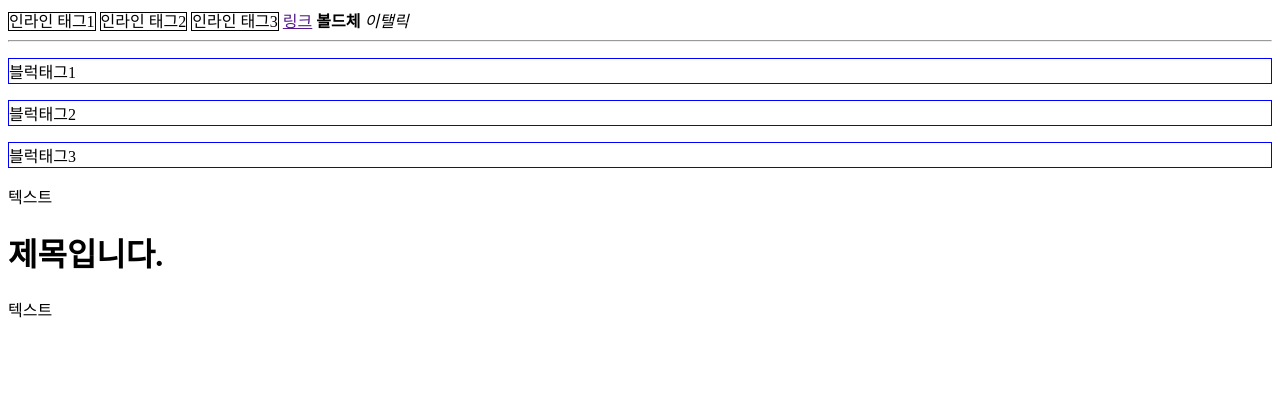
Repository: dnjs0/HCJ
Page: ClientTest/src/main/webapp/ex13_tag.html
These files come from the project's save history. The page is drawn as it stood at one moment and after the next save; the edit follows.
The browser window is 1280 px wide. The pictures show the whole page.

Above is the page before, as saved 2025-02-11 05:20:09.

After the next save:
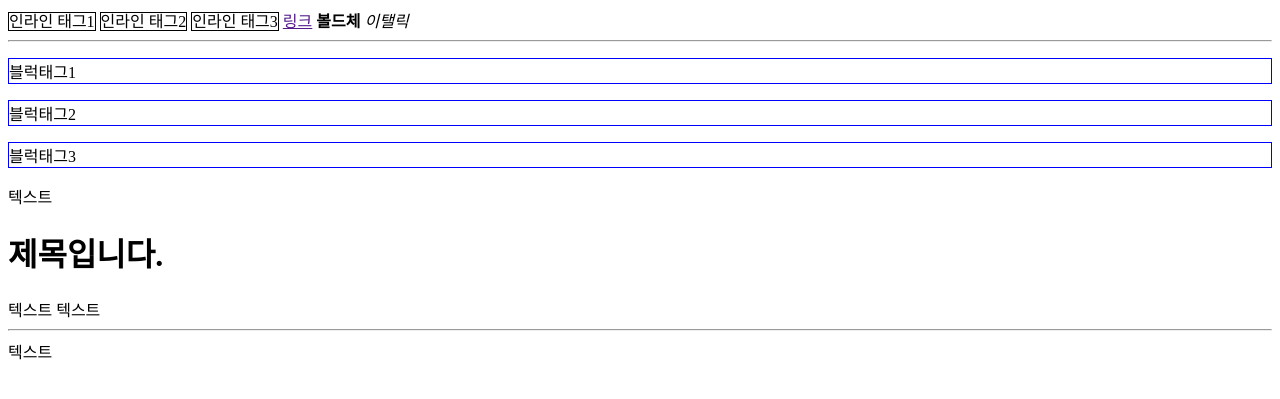
Saved 52 s later.
--- a/ClientTest/src/main/webapp/ex13_tag.html
+++ b/ClientTest/src/main/webapp/ex13_tag.html
@@ -46,6 +46,10 @@
      텍스트
 
 
+     텍스트
+     <hr>
+     텍스트
+
 
 </body>
 </html>
